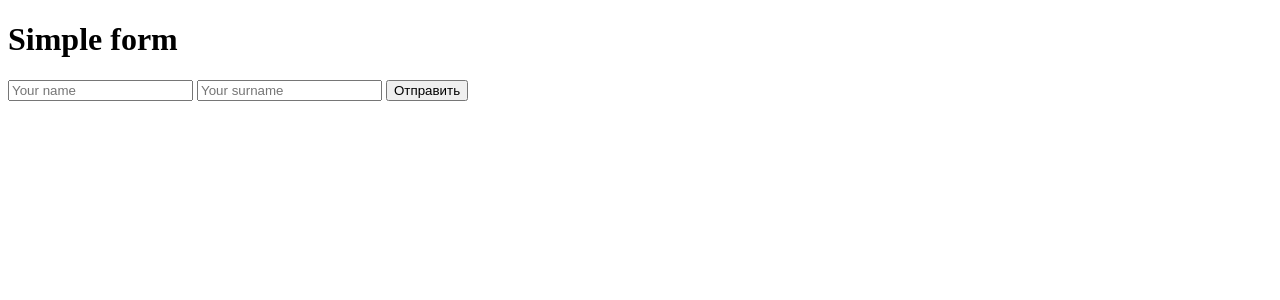
Repository: mnosov622/email-sender
Page: index.html
The author's editor kept a copy of each file at every save. The page is drawn from the files as they stood at one save, then again after the next save.
The browser window is 1280 px wide. The pictures show the whole page.

Above is the page before, as saved 2022-09-19 07:48:30.

After the next save:
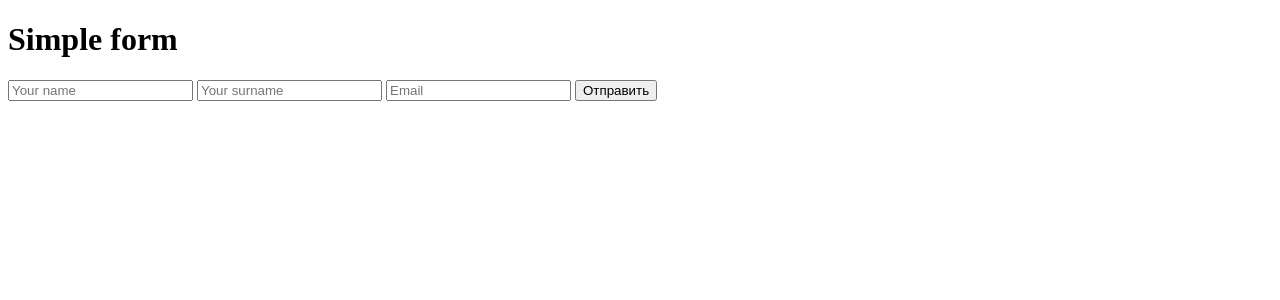
Saved 35 s later.
--- a/index.html
+++ b/index.html
@@ -14,6 +14,7 @@
     <form action="email.php" method="POST">
         <input type="text" name="name" id="" placeholder="Your name">
         <input type="text" name="surname" id="" placeholder="Your surname">
+        <input type="email" name="email" id="" placeholder="Email">
         <button type="submit">Отправить</button>
     </form>
 
